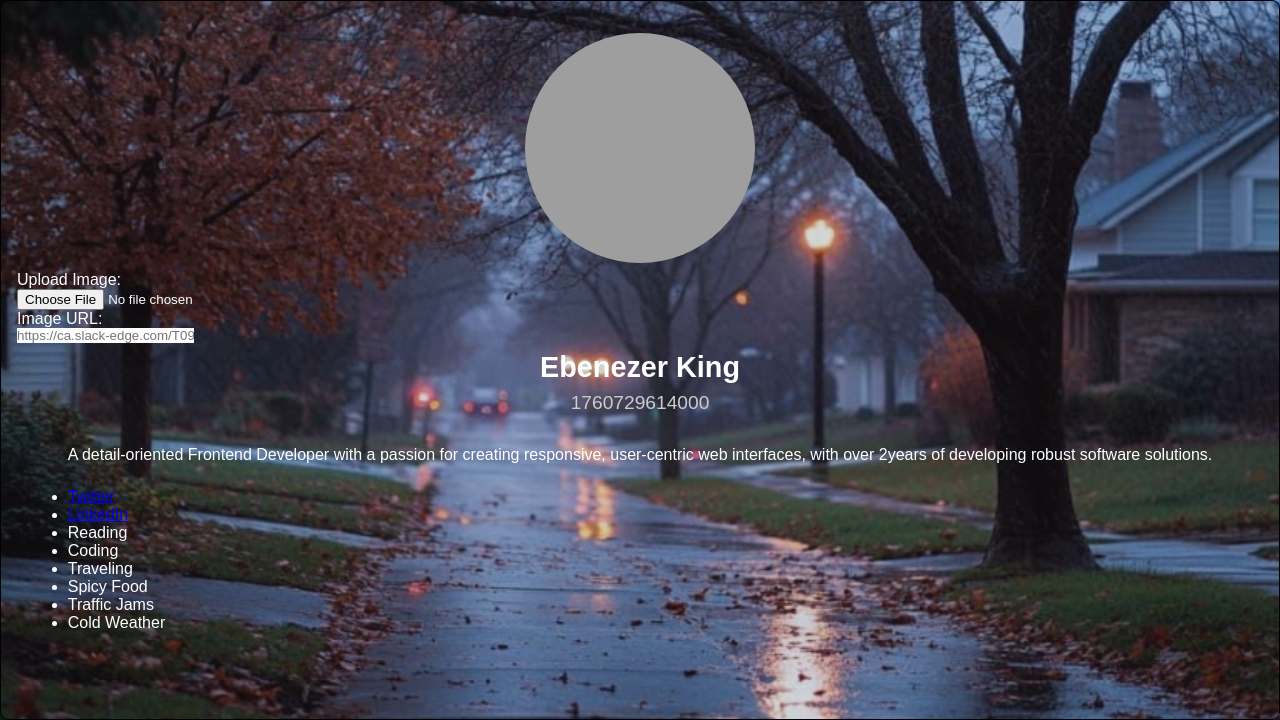
Repository: ebenezertiewei/profileCard
Page: index.html
The author's editor kept a copy of each file at every save. The page is drawn from the files as they stood at one save, then again after a run of saves.
The browser window is 1280 px wide. The pictures show the whole page.
Pictures or frames that could not be fetched are drawn as grey boxes.

Above is the page before, as saved 2025-10-17 19:34:40.

After the next 3 saves:
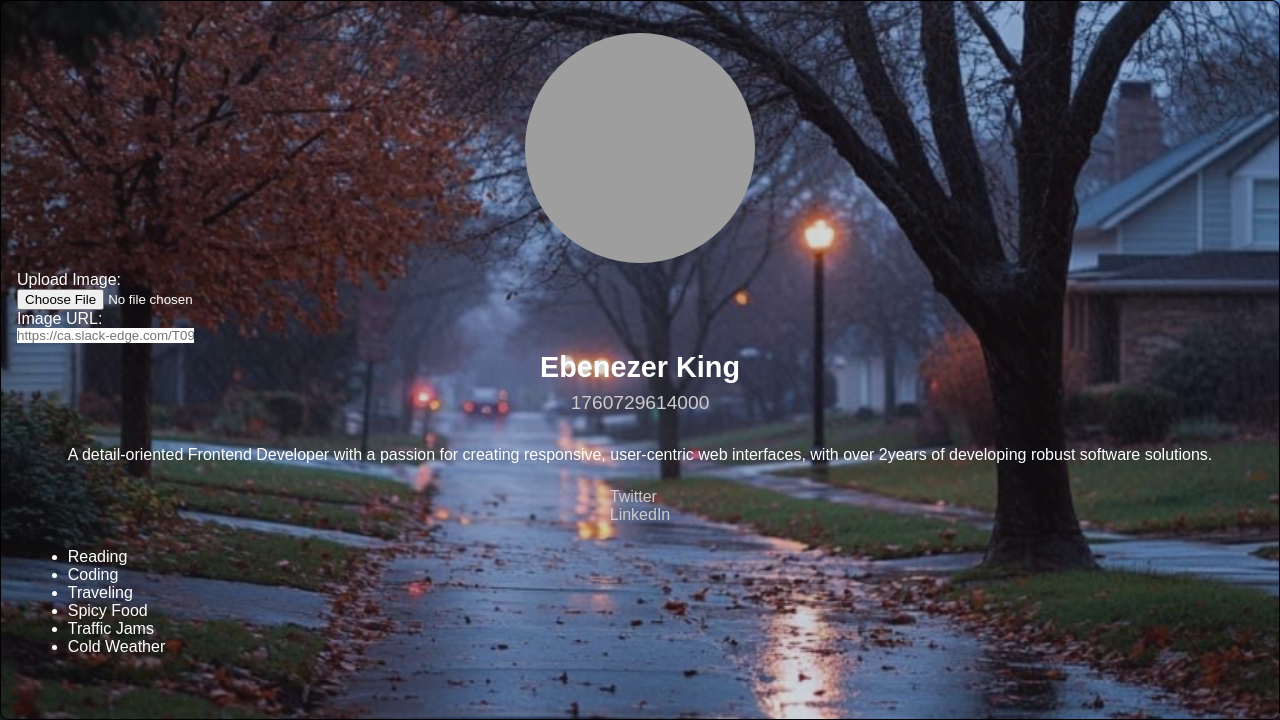
The 3 saves are shown as one change because they came seconds apart.
The last was saved 16 s later.
--- a/style.css
+++ b/style.css
@@ -88,4 +88,23 @@ article[data-testid="test-profile-card"] {
 	/* text-align: center; */
 	margin-bottom: 1.5rem;
 }
-/* ------------------ */
+/* ------------------ social links --------------- */
+#profileDetails nav[data-testid="test-user-social-links"] {
+	display: flex;
+	justify-content: center;
+	margin-bottom: 1.5rem;
+}
+#profileDetails nav[data-testid="test-user-social-links"] ul {
+	list-style: none;
+	padding: 0;
+}
+#profileDetails nav[data-testid="test-user-social-links"] li {
+	margin: 0 0.5rem;
+}
+#profileDetails nav[data-testid="test-user-social-links"] a {
+	color: #ccc;
+	text-decoration: none;
+}
+#profileDetails nav[data-testid="test-user-social-links"] a:hover {
+	text-decoration: underline;
+}
